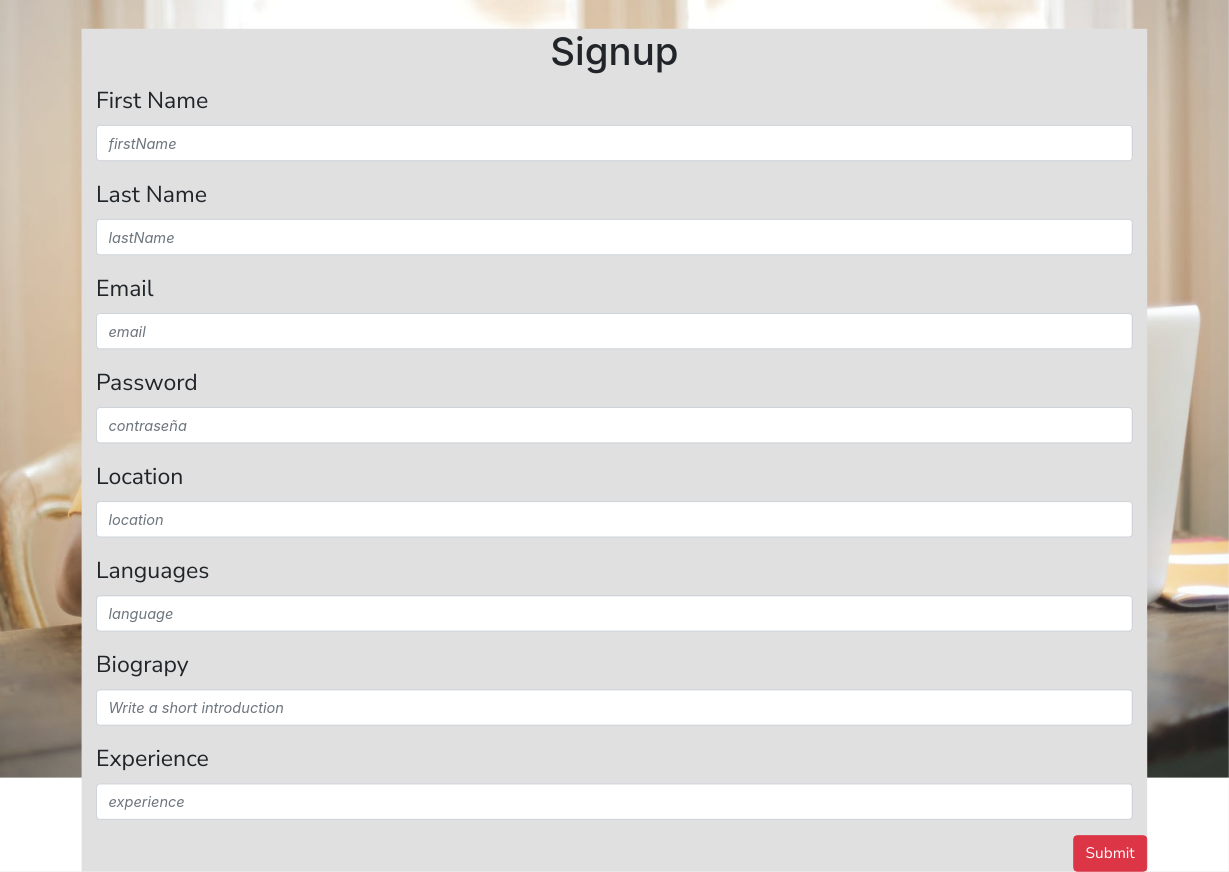
Repository: uprm-inso-4117-2020-2021-s2/semester-project-uprm-inso-4117-2020-2021-s2-team-7
Page: / (app in tutorfinder/)
These files come from the project's save history. The page is drawn as it stood at one moment and after the next save; the edit follows.
The browser window is 1280 px wide. The pictures show the whole page, at 96% of full size.
The project was rebuilt for these pictures with package versions that can differ from the ones it lists, and the page was loaded fresh each time. Also part of the build but not shown: tutorfinder/src/components/Navbar.css, tutorfinder/src/components/Navbar.js, tutorfinder/src/components/TutorInfo.js, tutorfinder/src/Nav.js, tutorfinder/src/Signup.js, tutorfinder/src/Login.js, tutorfinder/src/Home.js, tutorfinder/src/BulletinBoard.css and 3 more.

Above is the page before, as saved 2021-03-30 21:46:57.

After the next save:
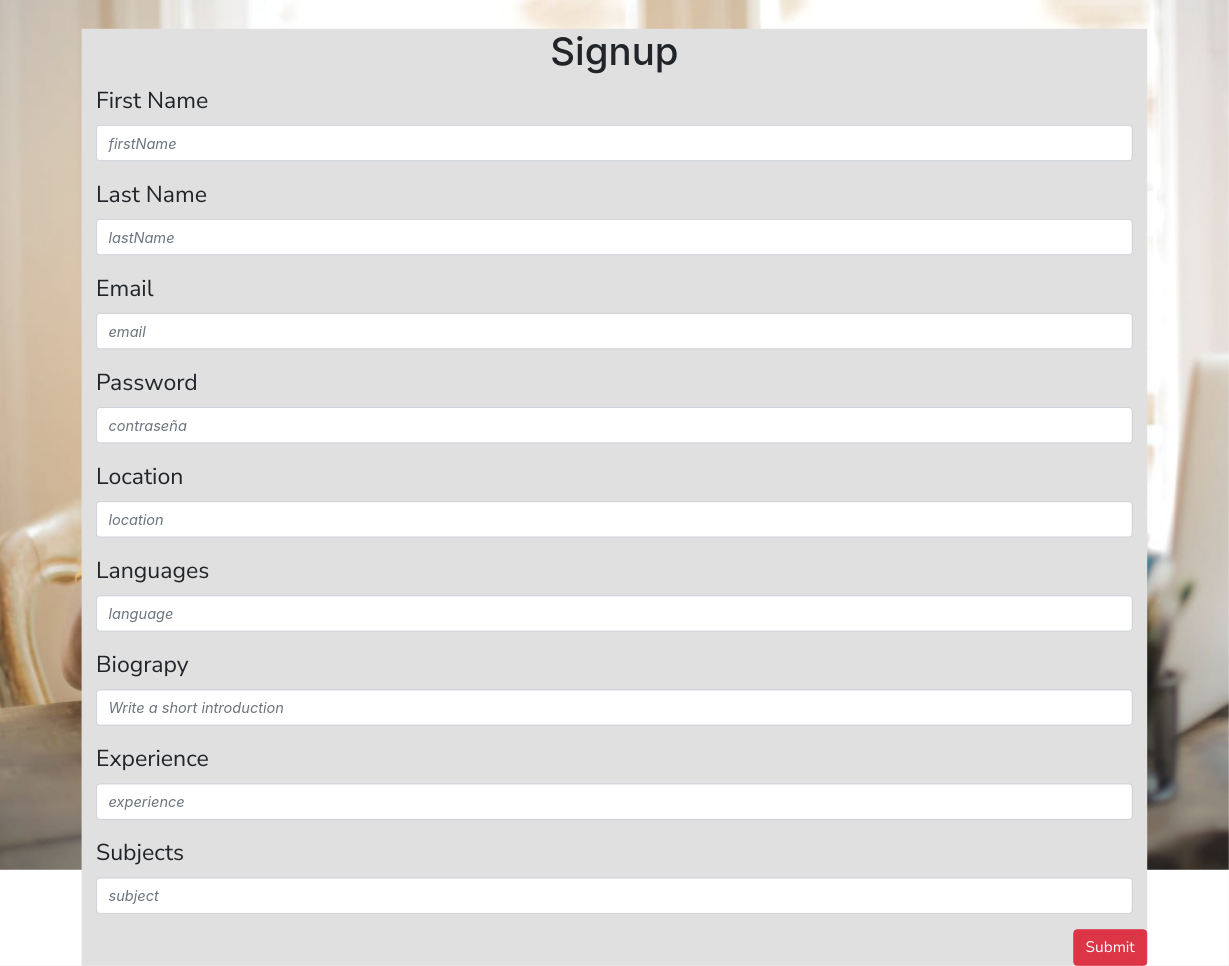
Saved 49 s later.
--- a/tutorfinder/src/SignupPage.js
+++ b/tutorfinder/src/SignupPage.js
@@ -151,6 +151,23 @@ class SignupPage extends React.Component {
                 </FormGroup>
               </Col>
 
+              <Col className="">
+                <FormGroup >
+                  <div className="text-left">
+                    <Label for="">Subjects</Label>
+                  </div>
+
+                  <Input
+                    type="subject"
+                    name="subject"
+
+                    id="exampleSubject"
+                    placeholder="subject"
+                    className="size"
+                  />
+                </FormGroup>
+              </Col>
+
               <div className="text-right">
 
 
